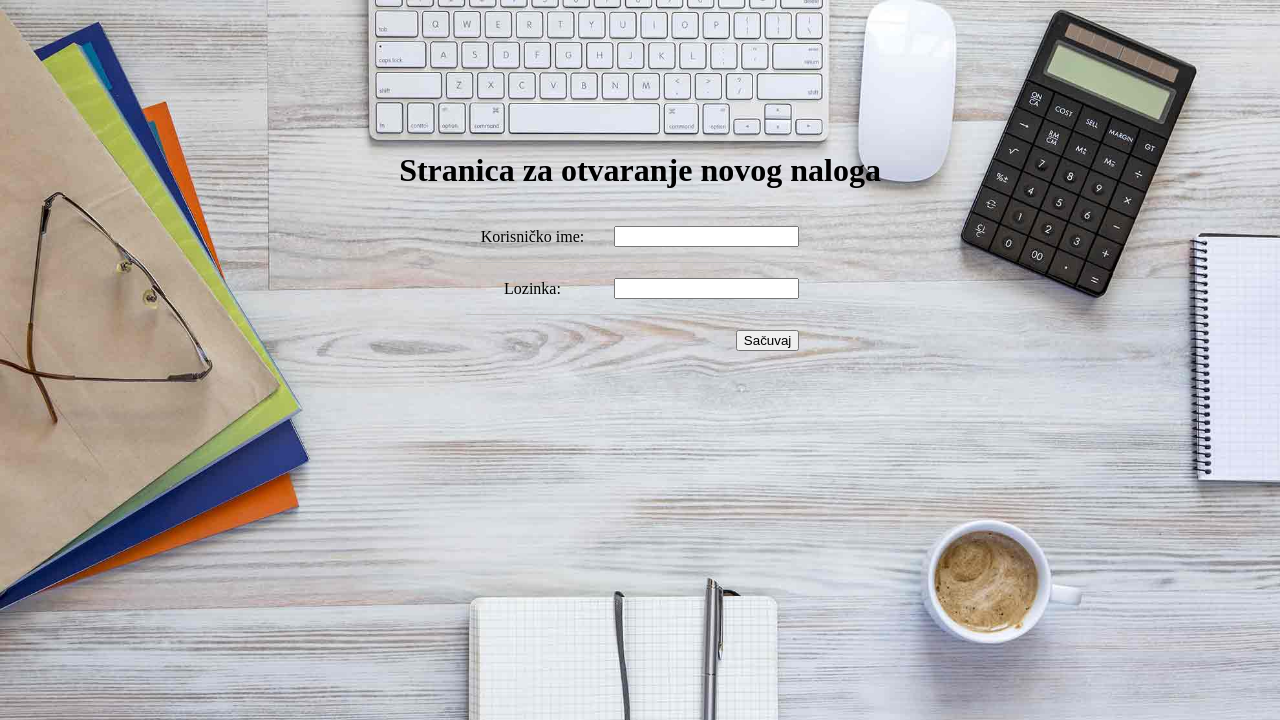
Repository: KristijanPetkovic/java-applet-video-library
Page: Projekti/www.videoteka.com/WebContent/noviKorisnik.html
An editor plug-in stored every save of this project. The page is shown before and after the next save, followed by the edit.
The browser window is 1280 px wide. The pictures show the whole page.

Above is the page before, as saved 2019-01-09 20:55:37.

After the next save:
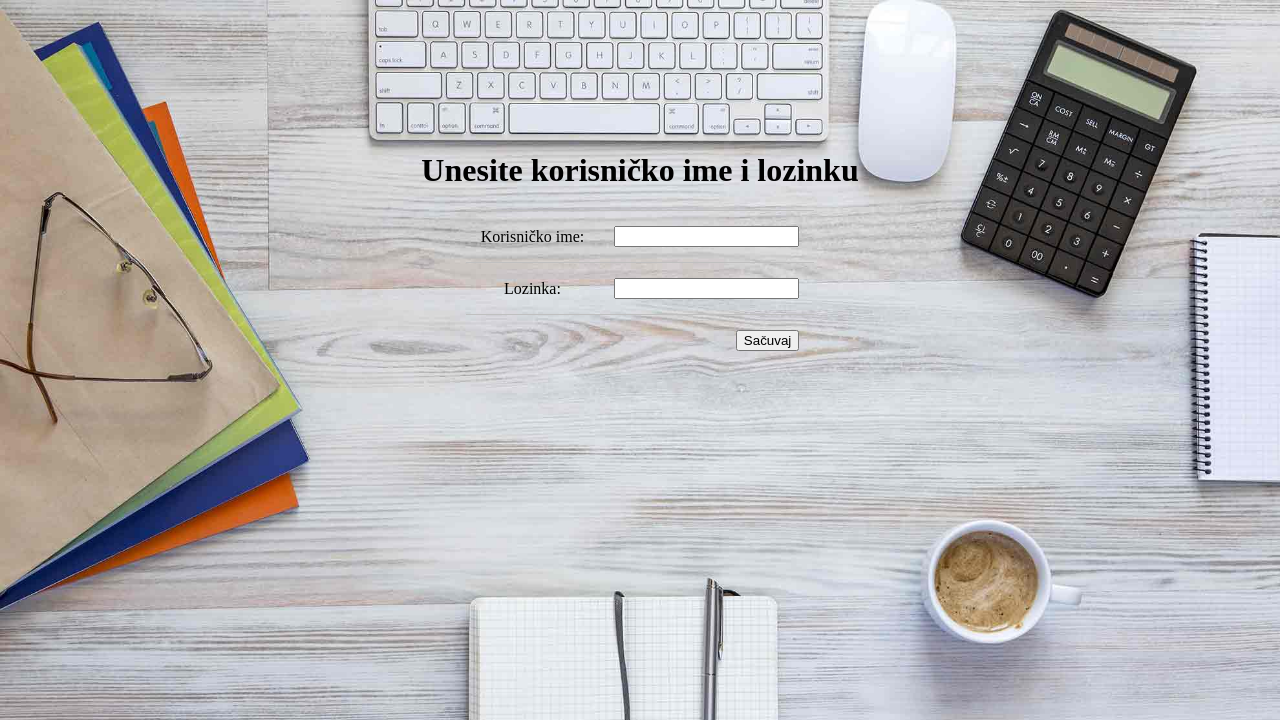
Saved 39 s later.
--- a/Projekti/www.videoteka.com/WebContent/noviKorisnik.html
+++ b/Projekti/www.videoteka.com/WebContent/noviKorisnik.html
@@ -6,7 +6,7 @@
 		<link rel="stylesheet" href="noviKorisnik.css" >
 	</head>
 	<body>
-		<h1 id="naslov">Stranica za otvaranje novog naloga</h1>
+		<h1 id="naslov">Unesite korisničko ime i lozinku</h1>
 		<form action="NoviKorisnikServlet" method="post">
 			<table class="center" cellpadding="15px">
 				<tr>
